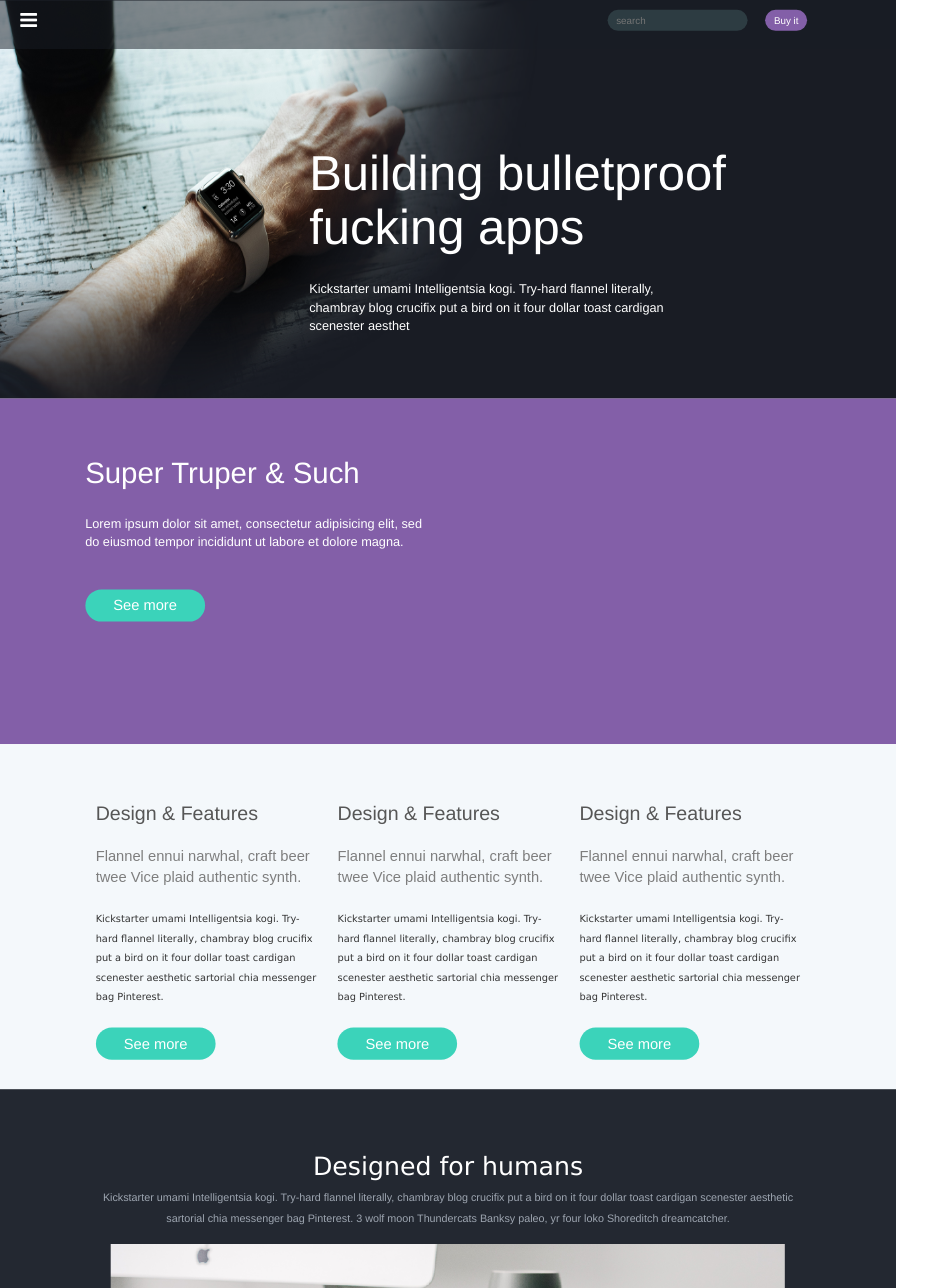
Repository: KatarzynaOwczarska/Tork
Page: Tork/WebContent/index.html
The author's editor kept a copy of each file at every save. The page is drawn from the files as they stood at one save, then again after the next save.
The browser window is 1280 px wide. The page is 1321 px wide, so the pictures cover 1321 px, including what lies to the right of the window. The pictures show the part of the page from y = 0 to 1840 px (the page is 4664 px tall before and 4724 px after), at 70% of full size.
Backgrounds fixed to the window are drawn as part of the page.

Above is the page before, as saved 2017-02-06 14:12:01.

### Tork/WebContent/index.html
<!DOCTYPE html>
<html>
<head>
	<meta charset="UTF-8">
	<title>Tork</title>
	<link rel="stylesheet" type="text/css" href="./css/bootstrap.min.css">
	<link rel="stylesheet" type="text/css" href="./css/style.css">
	<link rel="stylesheet" href="./css/font-awesome.min.css">
	<link rel="stylesheet" href="./css/animate.css" type="text/css">
	<script src="./js/jquery-3.1.1.min.js"></script>
	<script src="./js/bootstrap.min.js"></script>
	<script src="./js/jquery.viewportchecker.min.js"></script>
	<script src="./js/scrollreveal.min.js"></script>
</head>
<body>
<div class="container-fluid">
	<div class="row">
		<div id="zegarek" class="col-xs-12" >
				<header>
					<div class="col-xs-1">
						<span id="nav" class="fa fa-bars fa-2x" aria-hidden="true"></span>
					</div>
					<div class="col-xs-offset-1 col-xs-9 col-lg-offset-7 col-lg-3">
						<input id="search" type="search" placeholder="search">
						<button id="buy-it">Buy it</button>
					</div>
				</header>
			<div class="col-xs-12 col-sm-offset-4 col-sm-6">
				<h1 id="naglowek"> Building bulletproof <br>fucking apps</h1>
				<p id="napis"><br>Kickstarter umami Intelligentsia kogi. Try-hard flannel literally, chambray blog crucifix put a bird on it four dollar toast cardigan scenester aesthet</p>
			</div>
			<div data-animate="bounceInDown"id="telefon" class="col-md-offset-6 col-md-6 hidden-xs hidden-sm">
				<img src="./telefon.png" height="550" width="430">
			</div>
		</div>
	</div>
	<div id=fiolet class="row">
			<div  id="super" class="col-md-5 col-md-offset-1 col-xs-offset-2 col-xs-8">
				<h2 id="super-truper">Super Truper & Such</h2>
				<p id="napis2"><br>Lorem ipsum dolor sit amet, consectetur adipisicing elit, sed do eiusmod tempor incididunt ut labore et dolore magna.</p>
				<button id="przycisk">See more</button>
			</div>
	</div>
	<div id="trzy-kolumny" class="row">
			<div id="trzy-kolumny-napis" class="col-xs-10 col-xs-offset-1">
				<div class="col-xs-12 col-md-4">
					<h2 id="design-features">Design & Features</h2>
					<br>
					<p id="design-features-p">Flannel ennui narwhal, craft beer twee Vice plaid authentic synth.</p>
					<br>
					<p id="miedzy-liniami">Kickstarter umami Intelligentsia kogi. Try-hard flannel literally, chambray blog crucifix put a bird on it four dollar toast cardigan scenester aesthetic sartorial chia messenger bag Pinterest.</p>
					<br>
					<button id="przycisk">See more</button>
				</div>
				<div class="col-xs-12 col-md-4">
					<h2 id="design-features">Design & Features</h2>
					<br>
					<p id="design-features-p">Flannel ennui narwhal, craft beer twee Vice plaid authentic synth.</p>
					<br>
					<p id="miedzy-liniami">Kickstarter umami Intelligentsia kogi. Try-hard flannel literally, chambray blog crucifix put a bird on it four dollar toast cardigan scenester aesthetic sartorial chia messenger bag Pinterest.</p>
					<br>
					<button id="przycisk">See more</button>
				</div>
				<div class="col-xs-12 col-md-4">
					<h2 id="design-features">Design & Features</h2>
					<br>
					<p id="design-features-p">Flannel ennui narwhal, craft beer twee Vice plaid authentic synth.</p>
					<br>
					<p id="miedzy-liniami">Kickstarter umami Intelligentsia kogi. Try-hard flannel literally, chambray blog crucifix put a bird on it four dollar toast cardigan scenester aesthetic sartorial chia messenger bag Pinterest.</p>
					<br>
					<button id="przycisk">See more</button>
				</div>
			</div>
	</div>
	<div id="czarny" class="row">
			<div class="col-xs-offset-1 col-xs-10">
				<h1 id="for-humans">Designed for humans</h1>
				<p id="wysrodkowany">Kickstarter umami Intelligentsia kogi. Try-hard flannel literally, chambray blog crucifix put a bird on it four dollar toast cardigan scenester aesthetic sartorial chia messenger bag Pinterest. 3 wolf moon Thundercats Banksy paleo, yr four loko Shoreditch dreamcatcher.</p>
				<div id="myCarousel" class="carousel slide" data-ride="carousel">
	 				<ol class="carousel-indicators">
					    <li data-target="#myCarousel" data-slide-to="0" class="active"></li>
					    <li data-target="#myCarousel" data-slide-to="1"></li>
					</ol>
	 				<div class="carousel-inner" role="listbox">
	      				<div class="item active">
	        				<img src="./rozowy-obrazek.png">
	        			</div>
	      				<div class="item">
	        				<img src="./komputer.png">
	      				</div>
	    			</div>
				</div>
			</div>
	</div>
	<div id="szary" class="row">
			<div id="margines-ikonki" class="col-xs-10 col-xs-offset-1">
				<div class="col-xs-12 col-md-3">
					<span data-animate="pulse" id="ikonka" class="fa fa-pencil fa-3x" aria-hidden="true"></span>
					<h3>01<span id="span-kolor"> Design</span></h3>
					<br>
					<p id="napis-szary">Scenester PBR deep v jean shorts typewriter. Sustainable keytar Tumblr, authentic mustache locavore scenester gentrify meh banjo fanny pack health goth. Four dollar toast scenester XOXO crucifix, mumblecore banh mi yr cold-pressed Bushwick.</p>
					<p id="test"></p>
				</div>
				<div class="col-xs-12 col-md-3">
					<span data-animate="pulse" id="ikonka" class="fa fa-location-arrow fa-3x" aria-hidden="true"></span>
					<h3>02<span id="span-kolor"> Refinement</span></h3>
					<br>
					<p id="napis-szary">Scenester PBR deep v jean shorts typewriter. Sustainable keytar Tumblr, authentic mustache locavore scenester gentrify meh banjo fanny pack health goth. Four dollar toast scenester XOXO crucifix, mumblecore banh mi yr cold-pressed Bushwick.</p>
				</div>
				<div class="col-xs-12 col-md-3">
					<span data-animate="pulse" id="ikonka" class="fa fa-paint-brush fa-3x" aria-hidden="true"></span>
					<h3>03<span id="span-kolor"> Dive In</span></h3>
					<br>
					<p id="napis-szary">Scenester PBR deep v jean shorts typewriter. Sustainable keytar Tumblr, authentic mustache locavore scenester gentrify meh banjo fanny pack health goth. Four dollar toast scenester XOXO crucifix, mumblecore banh mi yr cold-pressed Bushwick.</p>
				</div>
				<div class="col-xs-12 col-md-3">
					<span data-animate="pulse" id="ikonka" class="fa fa-search fa-3x" aria-hidden="true"></span>
					<h3>04<span id="span-kolor"> Research</span></h3>
					<br>
					<p id="napis-szary">Scenester PBR deep v jean shorts typewriter. Sustainable keytar Tumblr, authentic mustache locavore scenester gentrify meh banjo fanny pack health goth. Four dollar toast scenester XOXO crucifix, mumblecore banh mi yr cold-pressed Bushwick.</p>
				</div>
			</div>
	</div>
	<div id="szary-jasny" class="row">
			<div class="col-xs-12 col-md-4 col-md-offset-1">
				<h1 id="conectivity">Conectivity</h1>
				<p id="napis-zegarek">Flannel ennui narwhal, craft beer twee Vice plaid authentic synth Intelligentsia stumptown gluten-free drinking vinegar Schlitz mixtape.</p>
				<p id="napis-zegarek-maly">Kickstarter umami Intelligentsia kogi. Try-hard flannel literally, chambray blog crucifix put a bird on it four dollar toast cardigan scenester aesthetic sartorial chia messenger bag Pinterest.</p>
				<p id="test2"></p>
			</div>
			<div id="zegarek-czysty" class="col-xs-12 col-md-7"><img id="obrazek" src="./zegarek-czysty.png" height="500" width="788"></div>
	</div>
	<div id="filmik" class="row">
			<div id="padding-telefon" class="col-xs-12 col-md-offset-1 col-md-4"><img src="./telefon-reka.png" height="400" width="500"></div>
			<div id="obok-filmu" class="col-md-7 col-xs-12">
				<div class="col-xs-9 col-xs-offset-1">
					<p id="data">12th June 2015</p>
					<p id="lorem-ipsum">Lorem ipsum dolor sit amet, cotur adipisicing elit sed do eiusmod tempor incididunt ut labore et dolore</p>
				</div>
			</div>
			<div id="komentarze" class="col-xs-12 col-md-4 col-md-offset-1">
				<div class="col-md-11 col-xs-10 col-xs-offset-1">
					<h2>Lorem ipsum dolor sit amet, consectetur adipisicing elit</h2>
					<p>Lorem ipsum dolor sit amet, consectetur adipisicing elit, sed do eiusmod tempor incididunt ut labore et dolore magna aliqua. Ut enim ad minim veniam, quis nostrud exercitation ullamco</p>
					<button id="przycisk" class="visible-xs visible-sm">Read more</button>
				</div>
			</div>
			<div id="telefony" class="col-md-5 hidden-xs hidden-sm"></div>
	</div>
	<div id="reka" class="row">
		<div id="fioletowy-napis" class="col-xs-12 col-md-5">
			<p>Ut enim ad minim veniam, quis nostrud exercitation ullamco laboris. Nisi ut aliquip ex ea commodo.</p>
		</div>
	</div>
	<div id="stopka" class="row">
			<div id="margines" class="col-xs-12 col-md-5 col-md-offset-1">
				<p>Get in touch</p><br>
				<p id="napis-szary">Lorem ipsum dolor sit amet, consectetur adipisicing elit, sed do eiusmod tempor incididunt ut labore et dolore magna aliqua. Ut enim ad minim veniam, quis nostrud exercitation ullamco laboris nisi ut aliquip ex ea commodo consequat.</p>
			</div>
			<div id="margines" class="col-xs-12 col-md-5 col-md-offset-1">
				<p>Stay in touch</p>
				<form action="#" class="form-inline">
					<div class="form-group">
						<div class="input-group">
							<div><input id="pole" type="email" placeholder="Enter your email" class="form-control"></div>
							<div id="submit" class="input-group-addon"><button id="submit" type="submit" value=""><span class="fa fa-check fa-3x"></span></button></div>
						</div>
					</div>
				</form>
				<p id="pod-polem">Lorem ipsum dolor sit amet, consectetur adipisicing elit, <br>sed do eiusmod tempor incididunt ut labore et dolor</p>
			</div>
			<div id="linki" class="col-xs-12 col-md-5 col-md-offset-1">
					<div class="col-xs-4">
						<p>Resources</p>
						<a>Tour</a><br>
						<a>Customers</a><br>
						<a>Pricing and Plans</a><br>
						<a>New Features</a><br>
						<a>Education</a>
					</div>
					<div class="col-xs-4">
						<p>Features</p>
						<a>Tour</a><br>
						<a>Customers</a><br>
						<a>Pricing and Plans</a><br>
						<a>New Features</a><br>
						<a>Education</a>
					</div>
					<div class="col-xs-4">
						<p>How to</p>
						<a>Tour</a><br>
						<a>Customers</a><br>
						<a>Pricing and Plans</a><br>
						<a>New Features</a><br>
						<a>Education</a>
					</div>
				</div>
		</div>
	</div>
	<div id="podpis" class="row">
			<div id="footer" class="col-xs-12">
				<h4>Made with <i data-animate="flip" id="serduszko" class="fa fa-heart" aria-hidden="true"></i> by <span id="kasia">Katarzyna Owczarska</span> Jan 2017.</h4>
			</div>
	</div>
	<script>
		$(document).ready(function(){
			$('*[data-animate]').addClass('ukryj').each(function(){
      			$(this).viewportChecker({
        			classToAdd: 'show animated ' + $(this).data('animate'),
        			classToRemove: 'ukryj',
        			offset: '5%'
      			});
    		});
		});

		$('#ikonka').hover(function() {
			$('*[data-animate]').addClass('ukryj').each(function(){
      			$(this).viewportChecker({
        			classToAdd: 'show animated ' + $(this).data('animate'),
        			classToRemove: 'ukryj',
        			offset: '5%'
      			});
    		});
		});
	</script>
	<script>
    	window.sr = ScrollReveal();
    	sr.reveal('#telefony', {
        	reset: true,
        	delay: 500,
        	distance: 0
    	});
    	sr.reveal('#padding-telefon', {
        	reset: true,
        	delay: 500,
        	distance: 0
    	});
    	sr.reveal('#zegarek-czysty', {
        	reset: true,
        	delay: 500,
        	distance: 0
    	});
    	sr.reveal('#fioletowy-napis', {
        	duration: 1000,
        	delay: 500,
        	easing: 'linear',
    	});
    	sr.reveal('#trzy-kolumny-napis', {
        	reset: true,
    		duration: 1000,
        	delay: 500,
        	easing: 'linear',
        	distance: 0
    	});
    	sr.reveal('#super', {
        	reset: true,
    		duration: 1000,
        	delay: 500,
        	easing: 'linear',
        	distance: 0
    	});
</script>
</body>
</html>

### Tork/WebContent/css/style.css
@CHARSET "UTF-8";

.container-fluid {
	padding: 0px 0px 0px 0px;
}

.row {
	margin: 0px 0px 0px 0px;
}

header {
	height: 70px;
	background-color: transparent;
  	background-color: rgba(25, 28, 36, 0.5);  /* FF3+, Saf3+, Opera 10.10+, Chrome, IE9 */
  	filter: progid:DXImageTransform.Microsoft.gradient(startColorstr=#3332FA32,endColorstr=#3332FA32); /* IE6&#8211;IE9 */
  	zoom: 1;
  	width: 100%;
}

#search {
	background-color: rgb(45,60,66);
	margin-top: 1em;
	border-radius: 50px;
	text-indent: 10px;
	height: 30px;
	width: 200px;
	border: none;
}

#buy-it {
	border-radius: 50px;
	width: 60px;
	height: 30px;
	background-color: rgb(131,95,168);
	color: white;
	border: none;
	margin-left: 1.5em;
}

#nav {
	color: white;
	margin-left: 0.5em;
	margin-top: 0.5em;
}

#zegarek {
	background-color: rgb(25,28,36);
	background-image: url("../zegarek.png");
	background-size: 60% 120%;
	background-repeat: no-repeat;
	background-attachment: fixed;
	padding-right: 0px;
    padding-left: 0px;
}

#telefon {
	position: absolute;
	top: 90%;
}

#naglowek {
	color: white;
	font-size: 5em;
	font-weight: 100;
	margin-top: 2em;
}

#napis {
	color: white;
	font-size: 1.3em;
	margin-right: 5em;
	margin-bottom:5em;
}

#napis2 {
	color: white;
	font-size: 1.3em;
	margin-bottom:3em;
}

#fiolet {
	background-color: rgb(131,95,168);
}

#super-truper {
	color: white;
	margin-top: 2em;
	font-size: 3em;
}

#super {
	margin-bottom: 9.5em;
}

#przycisk {
	border-radius: 50px;
	background-color: rgb(59,211,186);
	border: none;
	padding: 8px 40px;
	color: white;
	font-size: 1.5em;
	margin-bottom: 2em;
	transition-duration:0.5s;
}

#przycisk:hover {
	background-color: rgb(0,188,212);
}

#trzy-kolumny {
	background-color: rgb(244,248,251);
}

#design-features {
	color: rgb(86,86,86);
	margin-top: 3em;
	font-size: 2em;

}

#design-features-p {
	color: rgb(126,126,126);
	font-size: 1.5em;
	font-weight: 100;
	font-family: Arial, Helvetica, sans-serif;
}

#miedzy-liniami {
	line-height: 200%;
	font-family: Verdana, Geneva, sans-serif;
}

#czarny {
	background-color: rgb(35,40,49);
}


#for-humans {
	color: white;
	font-family: Verdana, Geneva, sans-serif;
	text-align: center;
	margin-top: 2.5em;
}

#wysrodkowany {
	color: rgb(157,165,176);
	text-align: center;
	font-size: 1.1em;
	line-height: 200%;
}

.carousel-inner > .item > img,
  .carousel-inner > .item > a > img {
      margin: auto;
      margin-top: 1%;
}

#szary {
	background-color: rgb(43,48,59);
}

#szary h3 {
	color:rgb(51,77,96);
}

#span-kolor {
	color: white;
}

#napis-szary {
	line-height: 200%;
	color: rgb(157,165,176);
}

#margines {
	margin-bottom: 5em;
	margin-top: 1.7em;
}

#ikonka {
	color: rgb(55,156,136);
}

#szary-jasny {
	background-color: rgb(233,238,241);
}

#napis-zegarek {
	color: rgb(117,122,134);
	font-size: 1.2em;
	margin-top: 2em;
	margin-bottom: 2em;
	line-height: 200%;
}

#napis-zegarek-maly {
	line-height: 200%;
}

#conectivity {
	margin-left: 0.5em;
	margin-top: 2.5em;
}

#filmik {
	height: 700px;
	background-color: rgb(244,248,251);
}

#padding-telefon {
	padding: 0px 0px 0px 0px;
}

#zegarek-czysty {
	padding: 0px 0px 0px 0px;
}

#obok-filmu {
	background-color: rgb(131,95,168);
	height: 400px;
	padding: 0px 0px 0px 0px;
}

#data {
	margin-top: 5em;
	color: white;
	font-style: italic;
}

#lorem-ipsum {
	color: white;
	font-style: italic;
	font-size: 2em;
	font-weight: 100;
	font-family: Arial, Helvetica, sans-serif;
}

#komentarze {
	background-color: white;
}

#komentarze h2 {
	font-size: 1.5em;
	margin-top: 2em;
}

#komentarze p {
	margin-top: 1.5em;
	margin-bottom: 8em;
	color: rgb(131,150,162);
}

#telefony {
	background-image: url("../telefony.jpg");
	background-repeat: no-repeat;
	height: 43%;
}

#reka {
	background-color: black;
	background-image: url("../dlugopis.png");
	background-size: 100% 120%;
	background-repeat: no-repeat;
}

#reka div {
	background-color: rgb(131,95,168);
	height: 400px;
	opacity: 0.8;
}


#reka p {
	font-size: 2em;
	font-style: italic;
	color: white;
	margin-top: 4em;
	margin-left: 2em;
}

#stopka {
	background-color: rgb(38,50,56);
	color: white;
}

#margines {
	margin-top: 5em;
	margin-bottom: 0px;
}

#margines-ikonki {
	margin-top: 3em;
	margin-bottom: 3em;
}

#linki {
	margin-bottom: 2em;
}

#linki p {
	font-weight: bold;
	font-size: 13px;
}

#linki a {
	color: white;
	font-size: 12px;
	line-height: 200%;
}

#linki a:hover {
	text-decoration: none;
	cursor: pointer;
}

#pole {
	border: none;
	color: black;
	background-color: rgb(246,247,250);
	text-indent: 10px;
	width: 25em;
	height: 5em;
}

#pole:focus {
	color: black;
}

#submit {
	border: none;
	width: 5em;
	background-color: rgb(131,95,168);
	color: white;
}

#pod-polem {
	margin-top: 1.5em;
	line-height: 200%;
}

#podpis {
	background-color: rgb(23,29,32);
	color: white;
}

#footer {
	margin: 10px 0px 10px 0px;
	text-align: center;
}

#odstep-d {
	height: 500px;
	background-color: grey;

}

.ukryj{
	opacity:0
}

.show {
	opacity: 1;
}

#serduszko {
	color: red;
}

#kasia {
	color: rgb(131,95,168);
}

@media only screen and (max-width: 991px) {
	#super {
		text-align: center;

	}
}

@media only screen and (max-width: 991px) {
	#super-truper {
		margin-top: 2.5em;

	}
}

@media only screen and (max-width: 768px) {
	#naglowek {
		margin-top: 0.5em;

	}

	#zegarek {
		background-size: 100% 120%;
	}

	#obrazek {
		width: 100%;
	}
}

Loaded but not shown: Tork/WebContent/css/bootstrap.min.css (library); Tork/WebContent/css/font-awesome.min.css (library); Tork/WebContent/css/animate.css (library); Tork/WebContent/js/jquery-3.1.1.min.js (library); Tork/WebContent/js/bootstrap.min.js (library); Tork/WebContent/js/jquery.viewportchecker.min.js (common file); Tork/WebContent/js/scrollreveal.min.js (library)

After the next save:
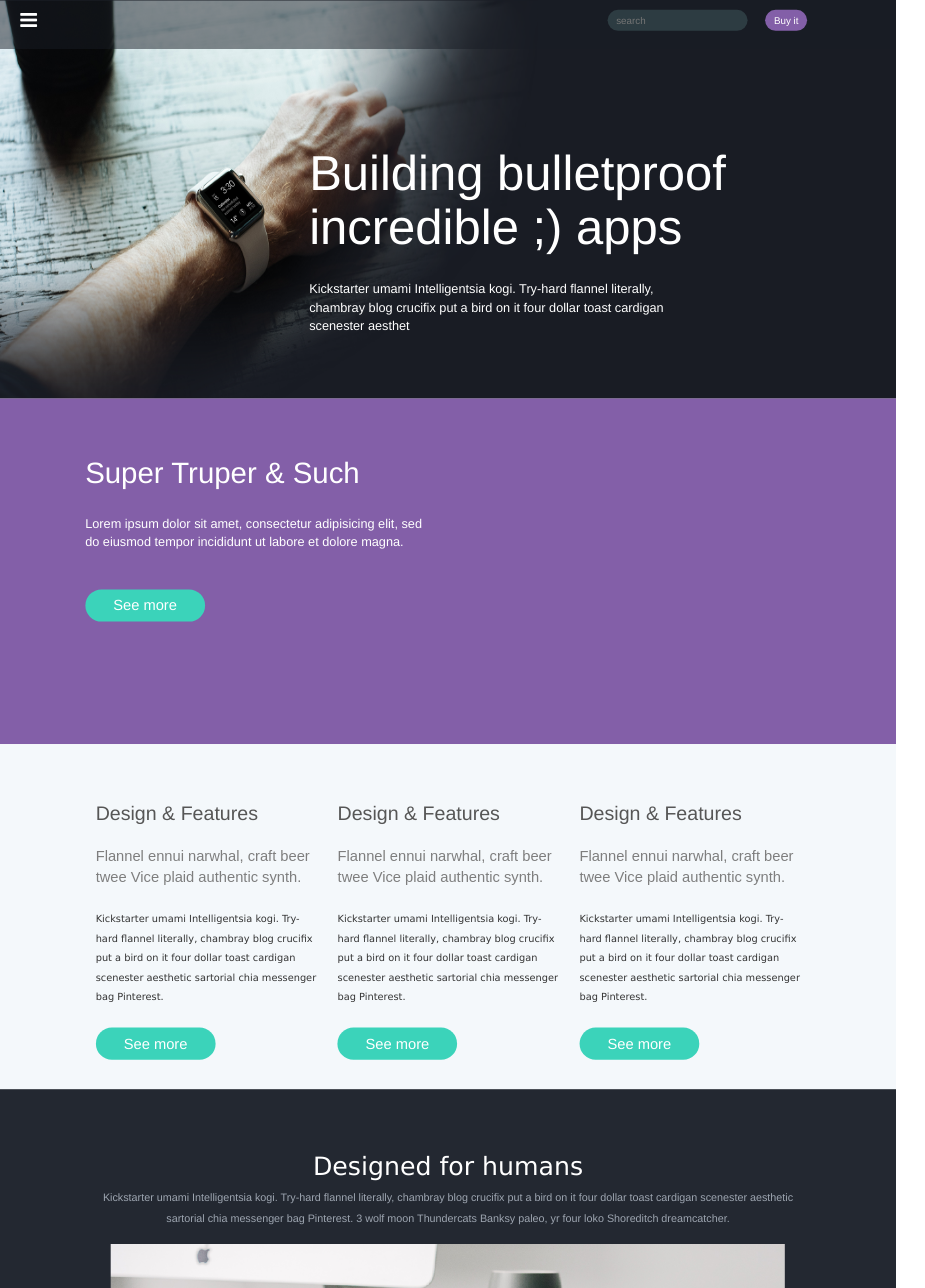
Saved 21 s later.
--- a/Tork/WebContent/index.html
+++ b/Tork/WebContent/index.html
@@ -26,7 +26,7 @@
 					</div>
 				</header>
 			<div class="col-xs-12 col-sm-offset-4 col-sm-6">
-				<h1 id="naglowek"> Building bulletproof <br>fucking apps</h1>
+				<h1 id="naglowek"> Building bulletproof <br>incredible ;) apps</h1>
 				<p id="napis"><br>Kickstarter umami Intelligentsia kogi. Try-hard flannel literally, chambray blog crucifix put a bird on it four dollar toast cardigan scenester aesthet</p>
 			</div>
 			<div data-animate="bounceInDown"id="telefon" class="col-md-offset-6 col-md-6 hidden-xs hidden-sm">
@@ -199,7 +199,9 @@
 	</div>
 	<div id="podpis" class="row">
 			<div id="footer" class="col-xs-12">
-				<h4>Made with <i data-animate="flip" id="serduszko" class="fa fa-heart" aria-hidden="true"></i> by <span id="kasia">Katarzyna Owczarska</span> Jan 2017.</h4>
+				<h4>Made with <i data-animate="bounceInDown" id="serduszko" class="fa fa-heart" aria-hidden="true"></i> by <span id="kasia">Katarzyna Owczarska</span> Jan 2017.</h4>
+				<br>
+				<h4>Designed by Blaz Robar</h4>
 			</div>
 	</div>
 	<script>
